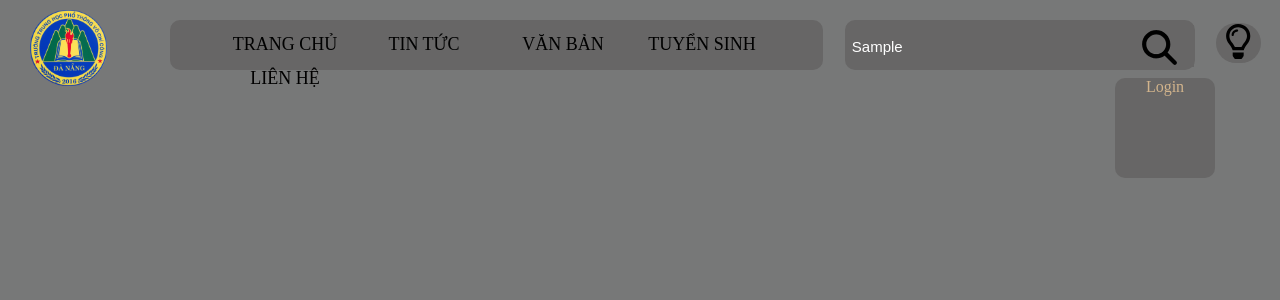
Repository: dphasst17/THPTVCC
Page: new/new.html
These files come from the project's save history. The page is drawn as it stood at one moment and after the next save; the edit follows.
The browser window is 1280 px wide. The pictures show the whole page.
Empty fields were first filled with sample values (such as "Sample", 5 or name@example.com).
After loading, the first visible `div.user` was clicked once.

Above is the page before, as saved 2022-10-12 18:33:47.

After the next save:
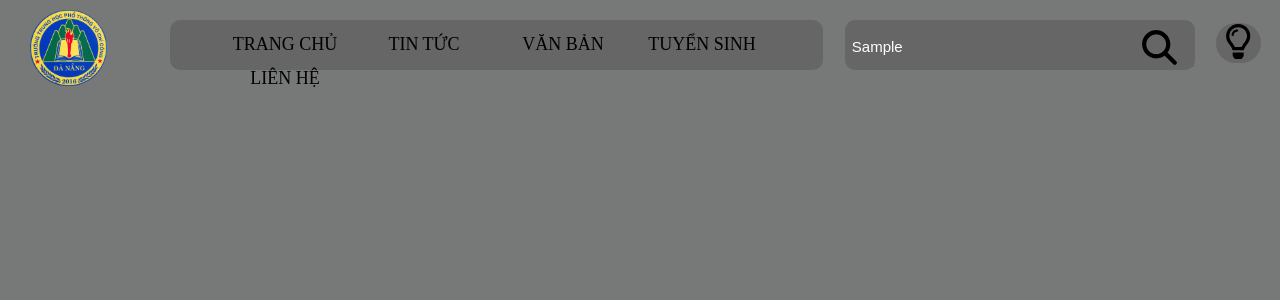
Saved 37 s later.
--- a/new/new.html
+++ b/new/new.html
@@ -39,7 +39,13 @@
                 <a href="./login.html">Login</a>
             </div>
         </div>
-        <script></script>
+        <script>
+            $(document).ready(function(){
+                $('.user').click(function(){
+                    $('.user_infor').fadeToggle('user_info')
+                })
+            })
+        </script>
         <div class="dark_mode">
             <div>
                 <button id="dark">
